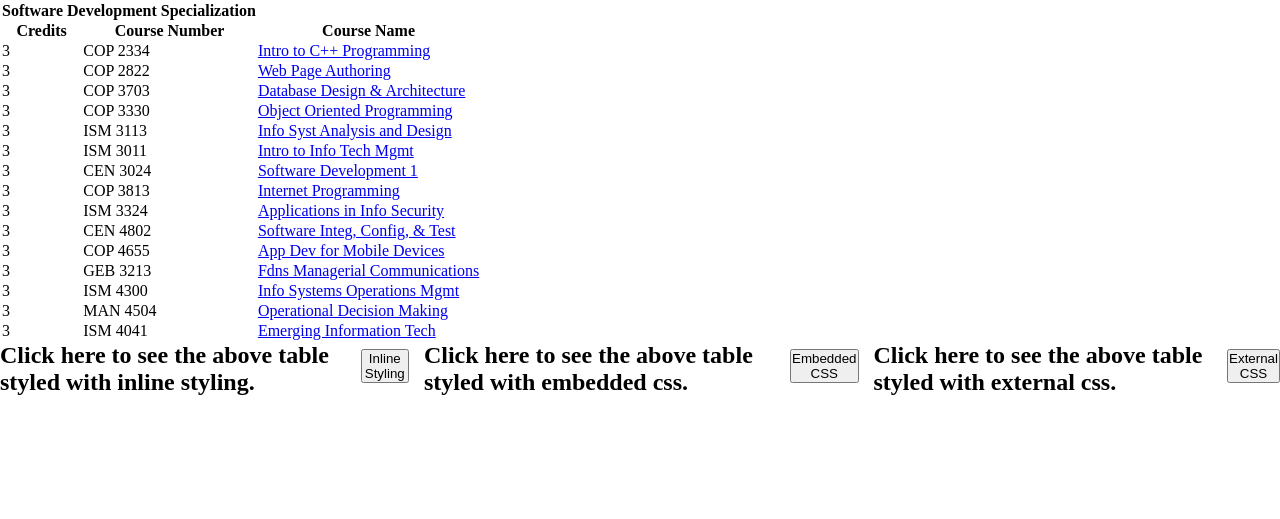
Repository: mlmEFSC21/P5-DegreeTableStyling
Page: index.html
These files come from the project's save history. The page is drawn as it stood at one moment and after the next save; the edit follows.
The browser window is 1280 px wide. The pictures show the whole page.

Above is the page before, as saved 2022-02-09 14:12:08.

### index.html
<!DOCTYPE html>
<html lang="en">
    <head>
        <meta charset="UTF-8" />
        <meta http-equiv="X-UA-Compatible" content="IE=edge" />
        <meta name="viewport" content="width=device-width, initial-scale=1.0" />
        <title>Degree Specialization Table</title>
        <link rel="stylesheet" href="Styles.css" />
    </head>
    <body>
        <section class="tableContainer">
            <table>
                <thead>
                    <tr>
                        <th colspan="2">Software Development Specialization</th>
                    </tr>
                    <tr>
                        <th>Credits</th>
                        <th>Course Number</th>
                        <th>Course Name</th>
                    </tr>
                </thead>
                <tbody>
                    <tr>
                        <td>3</td>
                        <td>COP 2334</td>
                        <td>
                            <a
                                href="https://bannerweb.easternflorida.edu/prod/bwckctlg.p_disp_course_detail?cat_term_in=202210&subj_code_in=COP&crse_numb_in=2334"
                                >Intro to C++ Programming</a
                            >
                        </td>
                    </tr>
                    <tr>
                        <td>3</td>
                        <td>COP 2822</td>
                        <td>
                            <a
                                href="https://bannerweb.easternflorida.edu/prod/bwckctlg.p_disp_course_detail?cat_term_in=202210&subj_code_in=COP&crse_numb_in=2822"
                                >Web Page Authoring</a
                            >
                        </td>
                    </tr>
                    <tr>
                        <td>3</td>
                        <td>COP 3703</td>
                        <td>
                            <a
                                href="https://bannerweb.easternflorida.edu/prod/bwckctlg.p_disp_course_detail?cat_term_in=202210&subj_code_in=COP&crse_numb_in=3703"
                                >Database Design & Architecture</a
                            >
                        </td>
                    </tr>
                    <tr>
                        <td>3</td>
                        <td>COP 3330</td>
                        <td>
                            <a
                                href="https://bannerweb.easternflorida.edu/prod/bwckctlg.p_disp_course_detail?cat_term_in=202210&subj_code_in=COP&crse_numb_in=3330"
                                >Object Oriented Programming</a
                            >
                        </td>
                    </tr>
                    <tr>
                        <td>3</td>
                        <td>ISM 3113</td>
                        <td>
                            <a
                                href="https://bannerweb.easternflorida.edu/prod/bwckctlg.p_disp_course_detail?cat_term_in=202210&subj_code_in=ISM&crse_numb_in=3113"
                                >Info Syst Analysis and Design</a
                            >
                        </td>
                    </tr>
                    <tr>
                        <td>3</td>
                        <td>ISM 3011</td>
                        <td>
                            <a
                                href="https://bannerweb.easternflorida.edu/prod/bwckctlg.p_disp_course_detail?cat_term_in=202210&subj_code_in=ISM&crse_numb_in=3011"
                                >Intro to Info Tech Mgmt</a
                            >
                        </td>
                    </tr>
                    <tr>
                        <td>3</td>
                        <td>CEN 3024</td>
                        <td>
                            <a
                                href="https://bannerweb.easternflorida.edu/prod/bwckctlg.p_disp_course_detail?cat_term_in=202210&subj_code_in=CEN&crse_numb_in=3024"
                                >Software Development 1</a
                            >
                        </td>
                    </tr>
                    <tr>
                        <td>3</td>
                        <td>COP 3813</td>
                        <td>
                            <a
                                href="https://bannerweb.easternflorida.edu/prod/bwckctlg.p_disp_course_detail?cat_term_in=202210&subj_code_in=COP&crse_numb_in=3813"
                                >Internet Programming</a
                            >
                        </td>
                    </tr>
                    <tr>
                        <td>3</td>
                        <td>ISM 3324</td>
                        <td>
                            <a
                                href="https://bannerweb.easternflorida.edu/prod/bwckctlg.p_disp_course_detail?cat_term_in=202210&subj_code_in=ISM&crse_numb_in=3324"
                                >Applications in Info Security</a
                            >
                        </td>
                    </tr>
                    <tr>
                        <td>3</td>
                        <td>CEN 4802</td>
                        <td>
                            <a
                                href="https://bannerweb.easternflorida.edu/prod/bwckctlg.p_disp_course_detail?cat_term_in=202210&subj_code_in=CEN&crse_numb_in=4802"
                                >Software Integ, Config, & Test</a
                            >
                        </td>
                    </tr>
                    <tr>
                        <td>3</td>
                        <td>COP 4655</td>
                        <td>
                            <a
                                href="https://bannerweb.easternflorida.edu/prod/bwckctlg.p_disp_course_detail?cat_term_in=202210&subj_code_in=COP&crse_numb_in=4655"
                                >App Dev for Mobile Devices</a
                            >
                        </td>
                    </tr>
                    <tr>
                        <td>3</td>
                        <td>GEB 3213</td>
                        <td>
                            <a
                                href="https://bannerweb.easternflorida.edu/prod/bwckctlg.p_disp_course_detail?cat_term_in=202210&subj_code_in=GEB&crse_numb_in=3213"
                                >Fdns Managerial Communications</a
                            >
                        </td>
                    </tr>
                    <tr>
                        <td>3</td>
                        <td>ISM 4300</td>
                        <td>
                            <a
                                href="https://bannerweb.easternflorida.edu/prod/bwckctlg.p_disp_course_detail?cat_term_in=202210&subj_code_in=ISM&crse_numb_in=4300"
                                >Info Systems Operations Mgmt</a
                            >
                        </td>
                    </tr>
                    <tr>
                        <td>3</td>
                        <td>MAN 4504</td>
                        <td>
                            <a
                                href="https://bannerweb.easternflorida.edu/prod/bwckctlg.p_disp_course_detail?cat_term_in=202210&subj_code_in=MAN&crse_numb_in=4504"
                                >Operational Decision Making</a
                            >
                        </td>
                    </tr>
                    <tr>
                        <td>3</td>
                        <td>ISM 4041</td>
                        <td>
                            <a
                                href="https://bannerweb.easternflorida.edu/prod/bwckctlg.p_disp_course_detail?cat_term_in=202210&subj_code_in=ISM&crse_numb_in=4041"
                                >Emerging Information Tech</a
                            >
                        </td>
                    </tr>
                </tbody>
            </table>
        </section>
        <section class="linksContainer">
            <h2>Click here to see the above table styled with inline styling.</h2>
            <button onclick="window.location.href='FormattedProgramSpecialization1.html'">
                Inline Styling
            </button>
            <h2>Click here to see the above table styled with embedded css.</h2>
            <button onclick="window.location.href='FormattedProgramSpecialization2.html'">
                Embedded CSS
            </button>
            <h2>Click here to see the above table styled with external css.</h2>
            <button onclick="window.location.href='FormattedProgramSpecialization3.html'">
                External CSS
            </button>
        </section>
    </body>
</html>

### Styles.css
*,
*::before,
*::after {
    margin: 0;
    padding: 0;
    box-sizing: border-box;
}
.tableContainer {
    align-content: center;
}
.linksContainer {
    display: flex;
    align-items: baseline;
    gap: 15px;
}

After the next save:
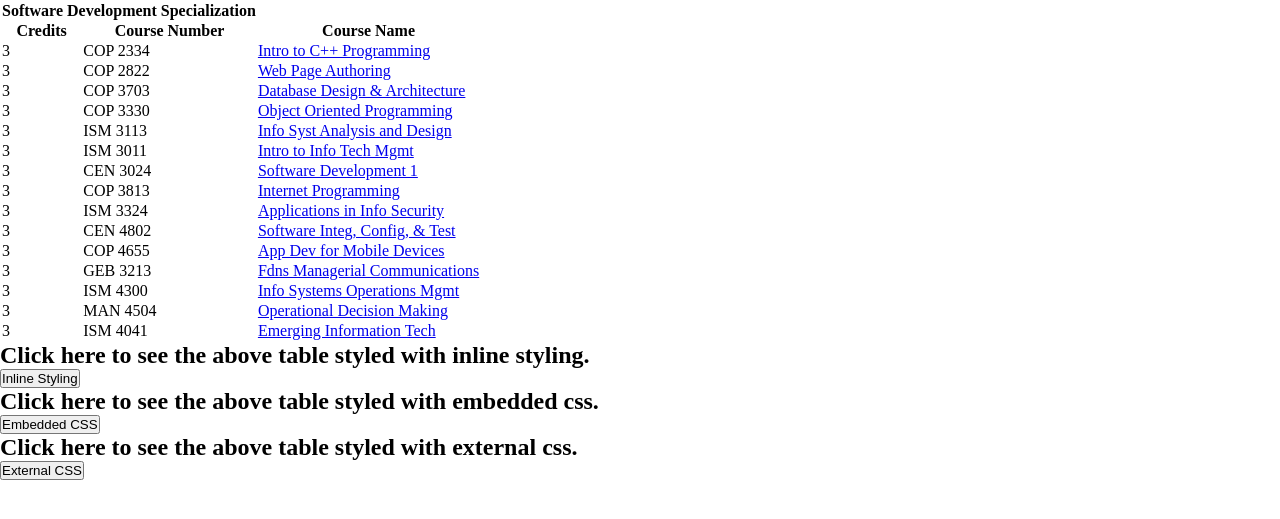
Saved 68 s later.
--- a/index.html
+++ b/index.html
@@ -8,7 +8,7 @@
         <link rel="stylesheet" href="Styles.css" />
     </head>
     <body>
-        <section class="tableContainer">
+        <section class="flexContainer">
             <table>
                 <thead>
                     <tr>
@@ -173,8 +173,7 @@
                     </tr>
                 </tbody>
             </table>
-        </section>
-        <section class="linksContainer">
+        <section>
             <h2>Click here to see the above table styled with inline styling.</h2>
             <button onclick="window.location.href='FormattedProgramSpecialization1.html'">
                 Inline Styling
